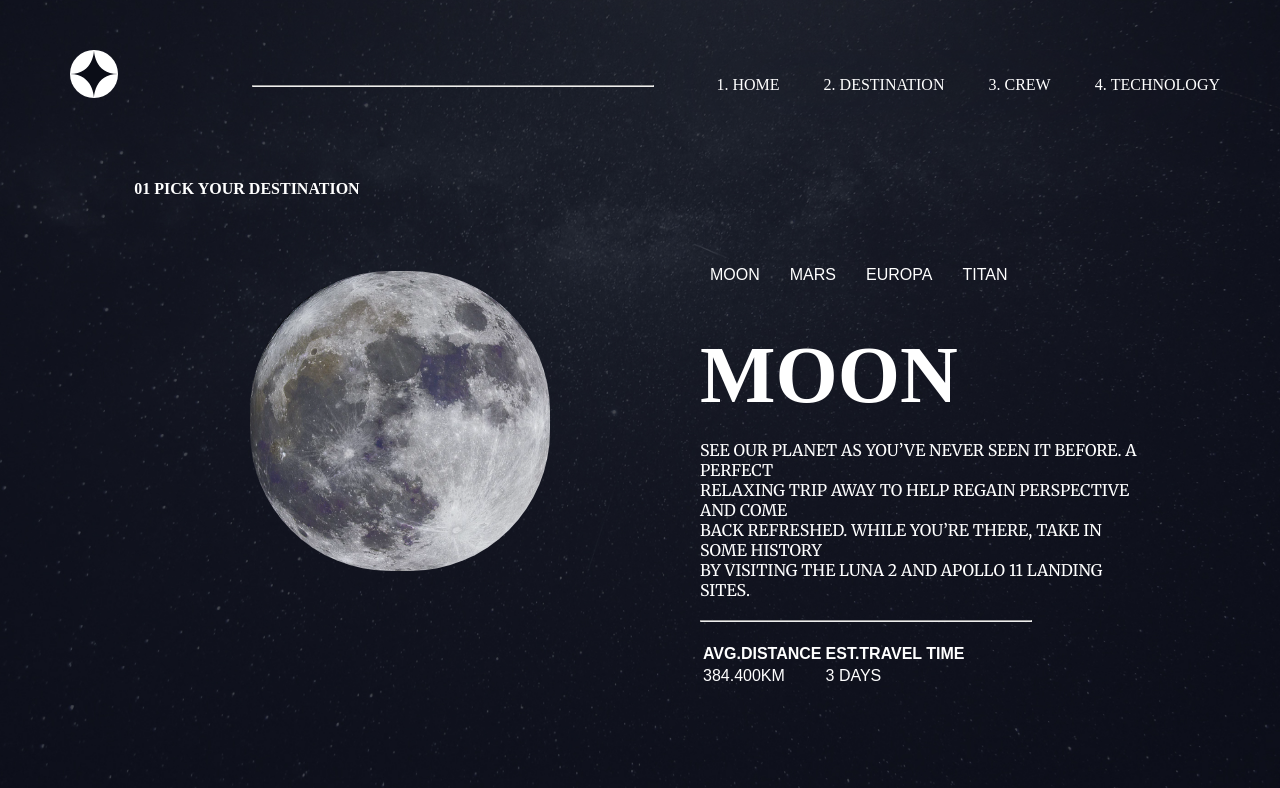
Repository: batonAnton/space_tourism
Page: destination.html
These files come from the project's save history. The page is drawn as it stood at one moment and after the next save; the edit follows.
The browser window is 1280 px wide. The pictures show the whole page.
Some web fonts or font styles are not loaded; a fallback is used.

Above is the page before, as saved 2022-05-20 11:26:34.

After the next save:
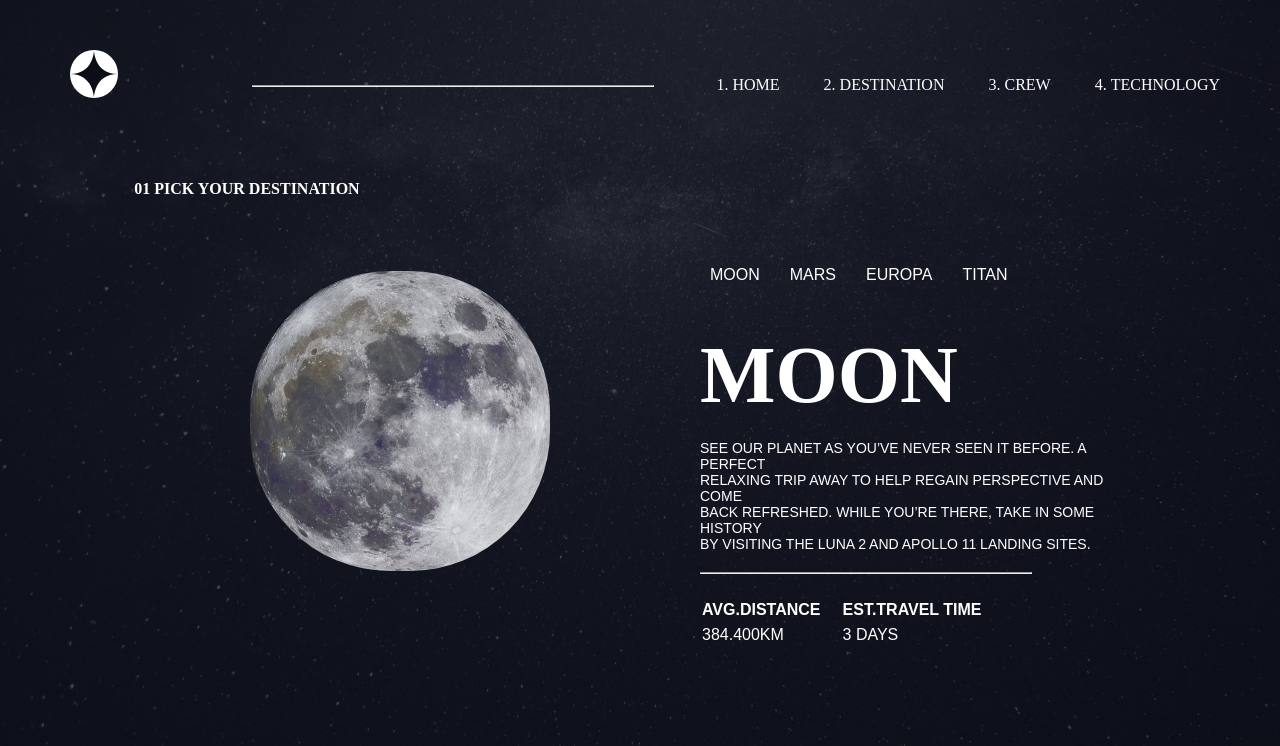
Saved 5 min 3 s later.
--- a/css/style2 .css
+++ b/css/style2 .css
@@ -153,9 +153,8 @@ h1 {
 p {
   width: 444px;
   text-align: left;
-  font-family: 'Barlow Condensed', sans-serif;
-font-family: 'Bellefair', serif;
-font-family: 'Merriweather', serif;
+  font-family: "Barlow Condensed", sans-serif;
+  font-size: 14px;
 }
 
 .planet_img {
@@ -167,3 +166,7 @@ font-family: 'Merriweather', serif;
   width: 330px;
   margin: 20px 0px 20px 0px;
 }
+
+th, td {
+    padding: 5px 20px 0px 0px;
+}
